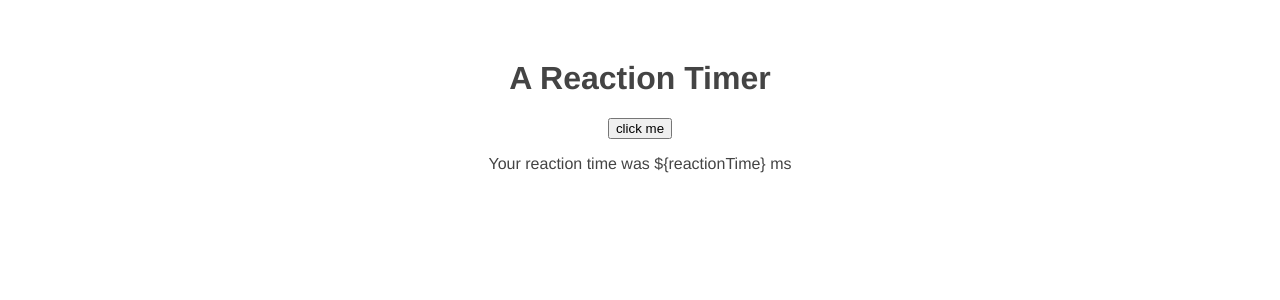
Repository: qudos4real/reaction-timer
Page: /
These files come from the project's save history. The page is drawn as it stood at one moment and after the next save; the edit follows.
The browser window is 1280 px wide. The pictures show the whole page.
The project was rebuilt for these pictures with package versions that can differ from the ones it lists, and the page was loaded fresh each time. Also part of the build but not shown: vue.config.js, src/components/Block.vue.

Above is the page before, as saved 2022-12-27 23:33:44.

After the next save:
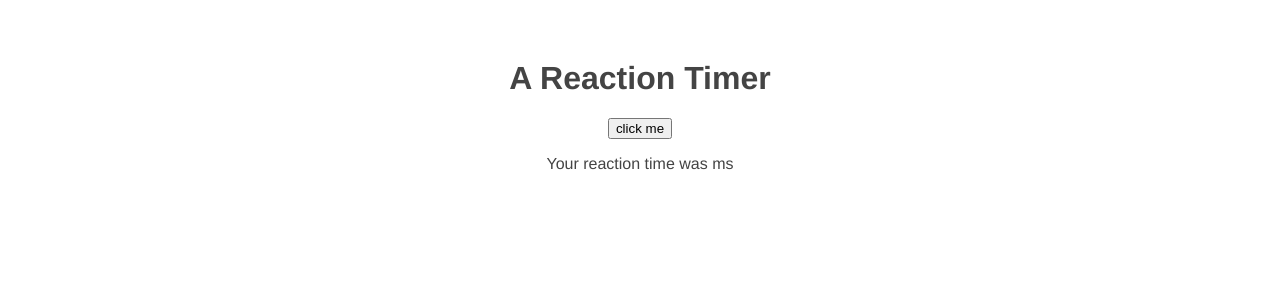
Saved 18 s later.
--- a/src/App.vue
+++ b/src/App.vue
@@ -2,7 +2,7 @@
  <h1>A Reaction Timer</h1>
  <button @click="start" v-bind:disabled="isPlaying">click me</button>
  <Block v-if="isPlaying" :delay="delay" @end="endGame"/>
- <p>Your reaction time was ${reactionTime} ms</p>
+ <p>Your reaction time was {{ score }} ms</p>
 </template>
 
 <script>
